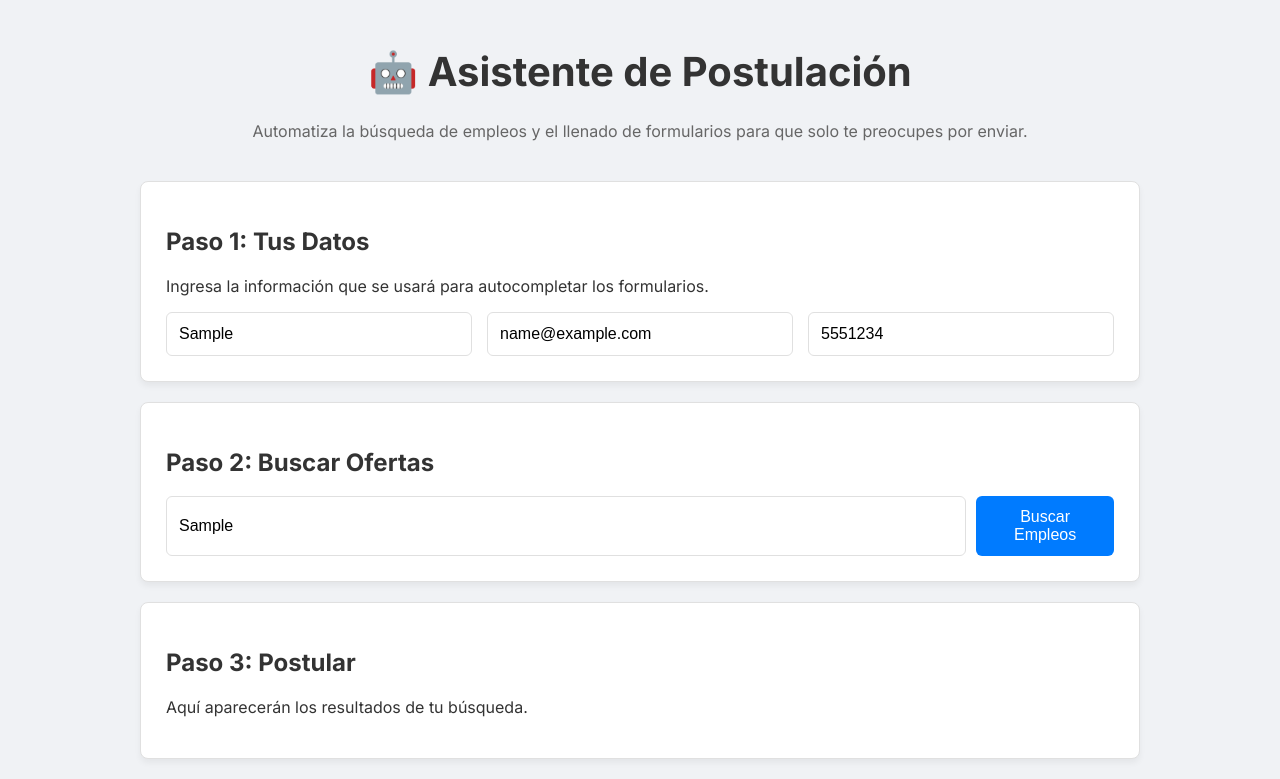
Repository: roberto3101/JobHunter
Page: index.html
An editor plug-in stored every save of this project. The page is shown before and after the next save, followed by the edit.
The browser window is 1280 px wide. The pictures show the whole page.
Empty fields were first filled with sample values (such as "Sample", 5 or name@example.com).
After loading, the first visible `#btn-buscar` was clicked once.

Above is the page before, as saved 2025-09-14 14:31:49.
Console error: TypeError: Cannot read properties of null (reading 'value')

After the next save:
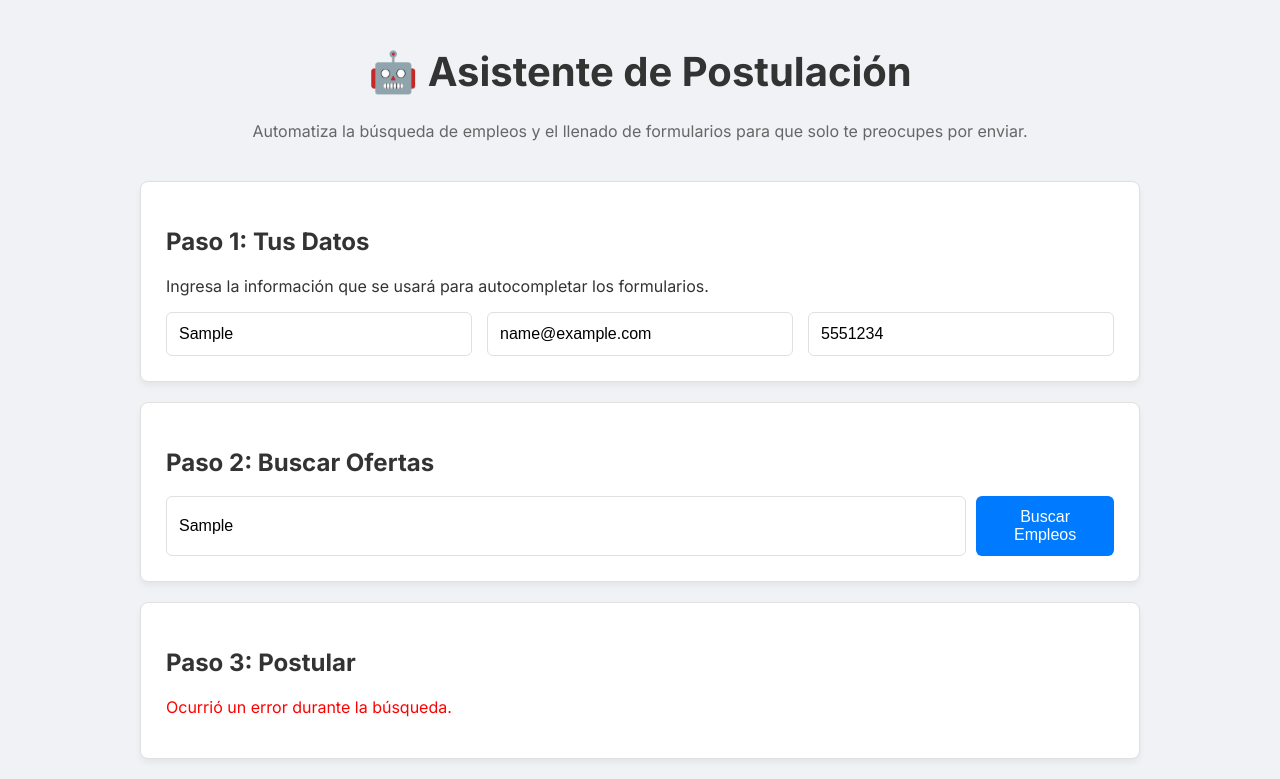
The error is gone.
Saved 75 s later.
--- a/renderer.js
+++ b/renderer.js
@@ -1,11 +1,13 @@
+// renderer.js - Versión corregida y compatible
+
 document.addEventListener('DOMContentLoaded', () => {
     const btnBuscar = document.getElementById('btn-buscar');
+    const palabrasClaveInput = document.getElementById('palabras-clave'); // Referencia al input
     const listaOfertasDiv = document.getElementById('lista-ofertas');
     const loader = document.getElementById('loader');
 
     btnBuscar.addEventListener('click', async () => {
-        const palabrasClave = document.getElementById('palabras-clave').value;
-        const pais = document.getElementById('pais-select').value;
+        const palabrasClave = palabrasClaveInput.value; // Leemos el valor del input
 
         if (!palabrasClave) {
             alert('Por favor, ingresa al menos una palabra clave para buscar.');
@@ -16,7 +18,8 @@ document.addEventListener('DOMContentLoaded', () => {
         listaOfertasDiv.innerHTML = '';
 
         try {
-            const ofertas = await window.electronAPI.buscarOfertas({ palabrasClave, pais });
+            // Enviamos solo las palabras clave, como en la versión que funcionaba
+            const ofertas = await window.electronAPI.buscarOfertas({ palabrasClave });
             mostrarOfertas(ofertas);
         } catch (error) {
             listaOfertasDiv.innerHTML = `<p style="color: red;">Ocurrió un error durante la búsqueda.</p>`;
